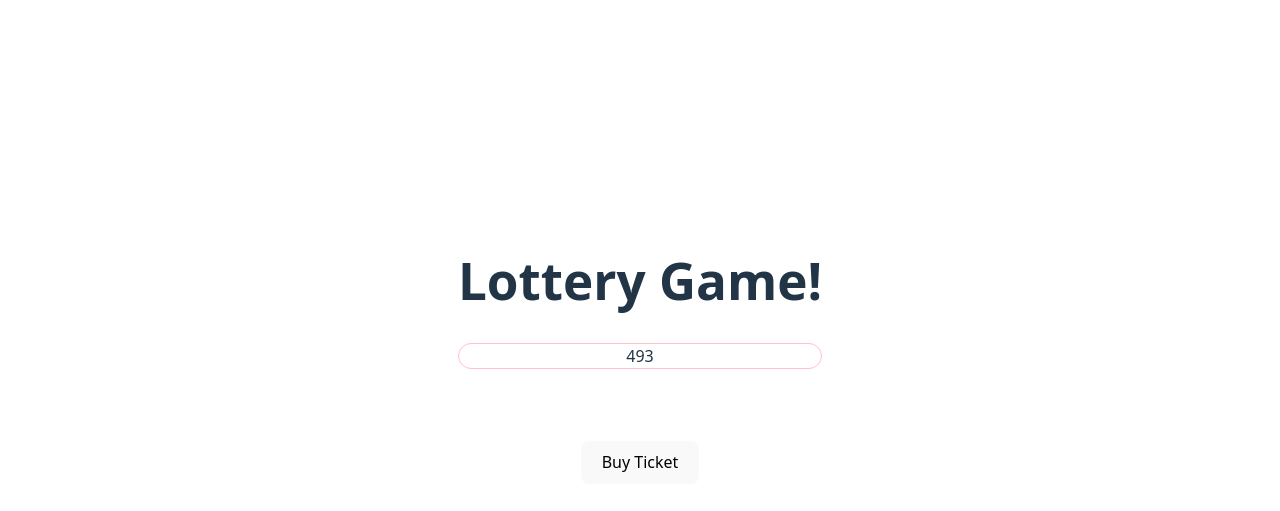
Repository: Ravikumar7210/Web_workspace
Page: / (app in React_Projects/Lottery/)
The author's editor kept a copy of each file at every save. The page is drawn from the files as they stood at one save, then again after the next save.
The browser window is 1280 px wide. The pictures show the whole page.
The project was rebuilt for these pictures with package versions that can differ from the ones it lists, and the page was loaded fresh each time. Also part of the build but not shown: React_Projects/Lottery/vite.config.js.

Above is the page before, as saved 2025-04-07 16:00:03.

### React_Projects/Lottery/src/App.jsx

import Lottery from './Lottery'
import './App.css';

function App() {

  return (
    <>
    <Lottery/>
    </>

  );

}

export default App

### React_Projects/Lottery/src/Lottery.jsx
import {useState} from 'react';
import { genTicket, sum } from './helper';
import './Lottery.css';
export default  function Lottery() {

let [ticket, setTicket] = useState(genTicket(3));
let isWinning = sum(ticket) === 15;

let buyTicket = () => {
    setTicket(genTicket(3));
} ;

return (
<div>
 <h1>Lottery Game!</h1>
  <div className='ticket'>
   <span >{ticket[0]}</span>
   <span>{ticket[1]}</span>
   <span>{ticket[2]}</span>
  </div>
  <br></br> <br></br> <br></br>
  <button onClick={buyTicket}>Buy Ticket </button>
  <h3> {isWinning && "Congratulations, You won!"}</h3>
</div>
);

}

### React_Projects/Lottery/src/helper.js
function genTicket(n){
    let arr = new Array(n);
    for (let i= 0; i<n; i++){
        arr[i]= Math.floor(Math.random() * 10);
       }
       return arr;
}

function sum(arr){
 return arr.reduce((sum, curr) => sum + curr , 0);
}

export {genTicket, sum};

### React_Projects/Lottery/src/Lottery.css
.ticket {
    border : 1px solid #ffc0cb;
    border-radius : 14px;

}

Loaded but not shown: React_Projects/Lottery/index.html (common file); React_Projects/Lottery/src/main.jsx (common file); React_Projects/Lottery/src/index.css (common file); React_Projects/Lottery/src/App.css (common file)

After the next save:
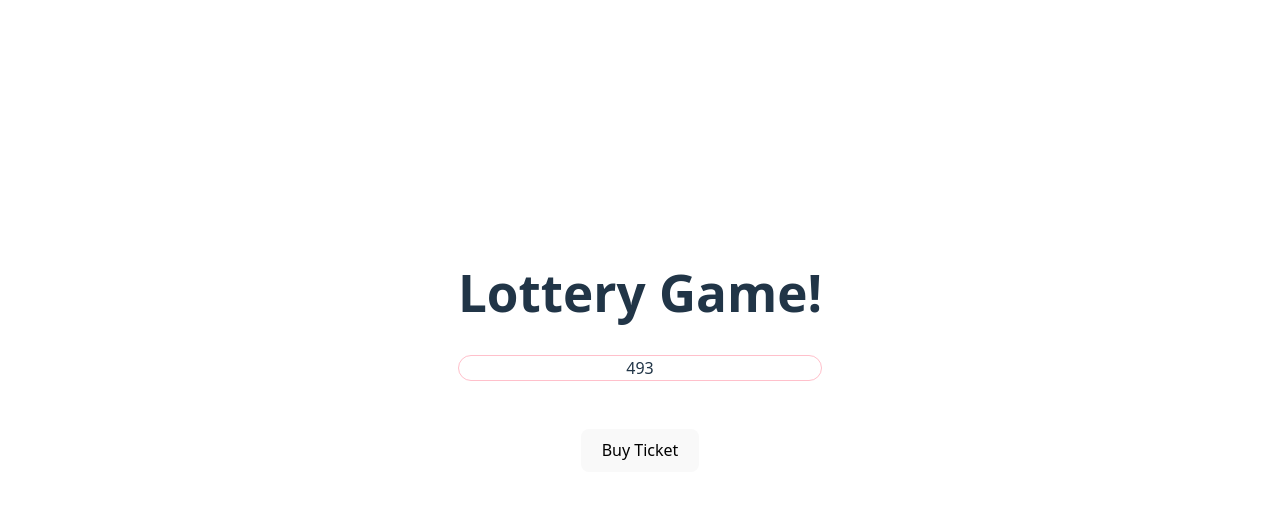
Saved 5 s later.
--- a/React_Projects/Lottery/src/Lottery.jsx
+++ b/React_Projects/Lottery/src/Lottery.jsx
@@ -18,7 +18,7 @@ return (
    <span>{ticket[1]}</span>
    <span>{ticket[2]}</span>
   </div>
-  <br></br> <br></br> <br></br>
+  <br></br> <br></br>
   <button onClick={buyTicket}>Buy Ticket </button>
   <h3> {isWinning && "Congratulations, You won!"}</h3>
 </div>
